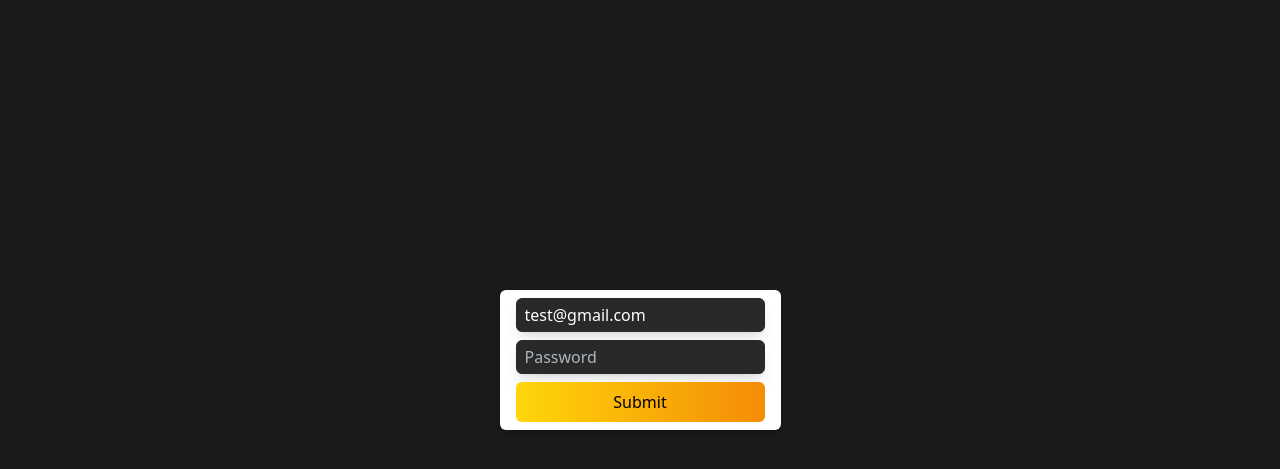
Repository: s-babaeizadeh/react-hook-form-with--zod-validation
Page: /
An editor plug-in stored every save of this project. The page is shown before and after the next save, followed by the edit.
The browser window is 1280 px wide. The pictures show the whole page.
The project was rebuilt for these pictures with package versions that can differ from the ones it lists, and the page was loaded fresh each time. Also part of the build but not shown: vite.config.ts.

Above is the page before, as saved 2024-08-13 20:23:01.

### src/App.tsx
import React from "react";
import SimpleForm from "./components/SimpleForm";
import HookForm from "./components/HookForm";

const App = () => {
  return (
    <div>
      {/* <SimpleForm /> */}
      <HookForm />
    </div>
  );
};

export default App;

### src/index.css
@tailwind base;
@tailwind components;
@tailwind utilities;

body {
  @apply bg-background-800 text-white;
}

button,
button[type="submit"] {
  @apply rounded-md bg-gradient-to-r from-primary-500 to-secondary-600 px-6 py-2 text-black hover:opacity-50;
}

button:disabled,
button[type="submit"]:disabled {
  @apply opacity-50;
}

input[type="text"],
input[type="email"],
input[type="password"] {
  @apply rounded-md border border-background-700 bg-background-700 px-2 py-1 text-white shadow-lg outline-none  focus:border-primary-500;
}

.form {
  @apply flex flex-col px-4 py-2;
}

.tutorial-shorts {
  @apply flex flex-col px-8 py-4;
}

### src/components/HookForm.tsx
import { zodResolver } from "@hookform/resolvers/zod";
import { useForm, SubmitHandler } from "react-hook-form";
import { z } from "zod";

const schema = z.object({
  email: z.string().email(),
  password: z.string().min(8),
});

type FormFields = z.infer<typeof schema>;

const HookForm = () => {
  const {
    register,
    handleSubmit,
    setError,
    formState: { errors, isSubmitting },
    reset,
  } = useForm<FormFields>({
    defaultValues: {
      email: "test@gmail.com",
    },
    resolver: zodResolver(schema),
  });

  const onSubmit: SubmitHandler<FormFields> = async (data) => {
    try {
      await new Promise((resolve) => setTimeout(resolve, 1000));
      setSuccessMsg("User registration is successful.");
      reset();
      console.log(data);
    } catch (error) {
      setError("root", {
        message: "This email is already taken",
      });
    }
  };

  return (
    <div className="flex items-center justify-center h-screen">
      <form
        className="form gap-2 max-w-[450px] p-6 bg-white shadow-md rounded-md"
        onSubmit={handleSubmit(onSubmit)}
      >
        <input
          {...register("email")}
          type="text"
          placeholder="Email"
          className="border rounded px-3 py-2 w-full"
        />
        {errors.email && (
          <div className="text-red-500">{errors.email.message}</div>
        )}
        <input
          {...register("password")}
          type="password"
          placeholder="Password"
          className="border rounded px-3 py-2 w-full"
        />
        {errors.password && (
          <div className="text-red-500">{errors.password.message}</div>
        )}
        <button disabled={isSubmitting} type="submit">
          {isSubmitting ? "Loading..." : "Submit"}
        </button>
        {errors.root && (
          <div className="text-red-500">{errors.root.message}</div>
        )}
      </form>
    </div>
  );
};

export default HookForm;

### tailwind.config.js
/** @type {import('tailwindcss').Config} */
export default {
  content: ["./index.html", "./src/**/*.{js,ts,jsx,tsx}"],
  theme: {
    extend: {
      colors: {
        primary: {
          500: "#ffd60a",
          600: "#ffc300",
        },
        secondary: {
          500: "#fca311",
          600: "#f48c06",
        },
        background: {
          700: "#292929",
          800: "#1a1a1a",
        },
        gray: {
          300: "#f8f9fa",
          400: "#adb5bd",
        },
      },
    },
  },
  plugins: [],
};

Loaded but not shown: index.html (common file); src/main.tsx (common file)

After the next save:
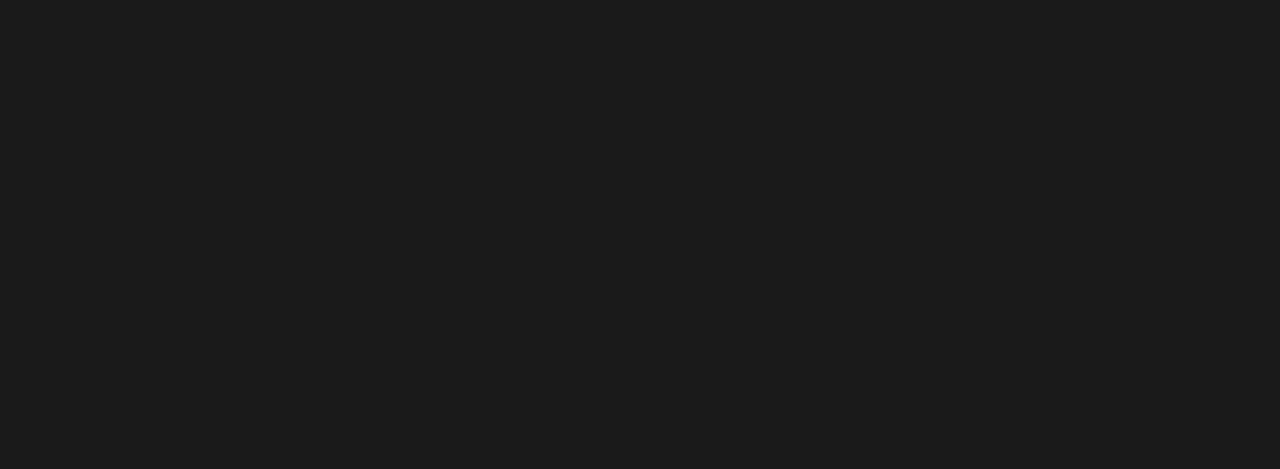
Console error: ReferenceError: useState is not defined
Saved 21 s later.
--- a/src/components/HookForm.tsx
+++ b/src/components/HookForm.tsx
@@ -10,6 +10,7 @@
 type FormFields = z.infer<typeof schema>;
 
 const HookForm = () => {
+  const [successMsg, setSuccessMsg] = useState("");
   const {
     register,
     handleSubmit,

After the save that followed:
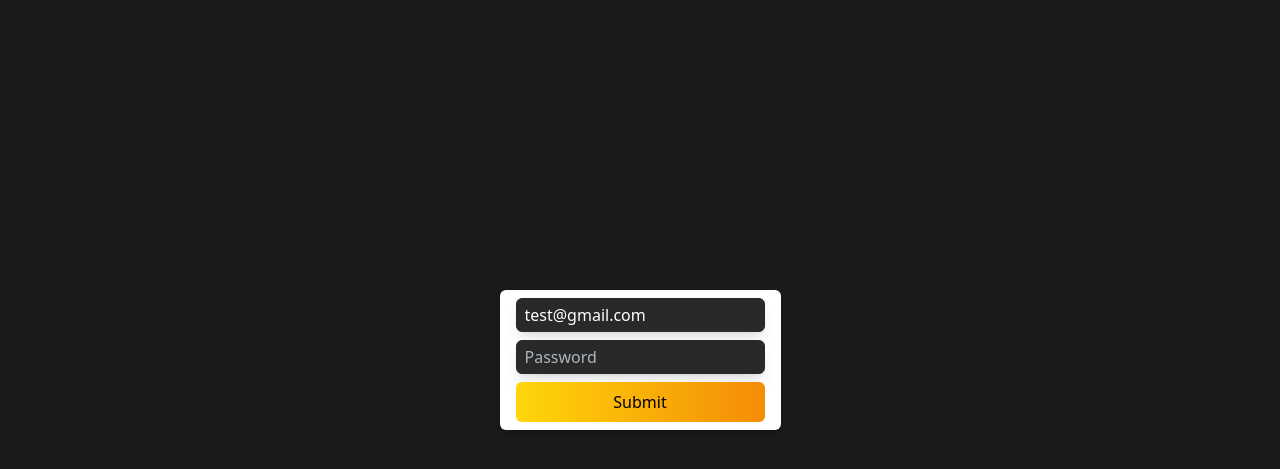
The error is gone.
Saved 6 s later.
--- a/src/components/HookForm.tsx
+++ b/src/components/HookForm.tsx
@@ -1,4 +1,5 @@
 import { zodResolver } from "@hookform/resolvers/zod";
+import { useState } from "react";
 import { useForm, SubmitHandler } from "react-hook-form";
 import { z } from "zod";
 
